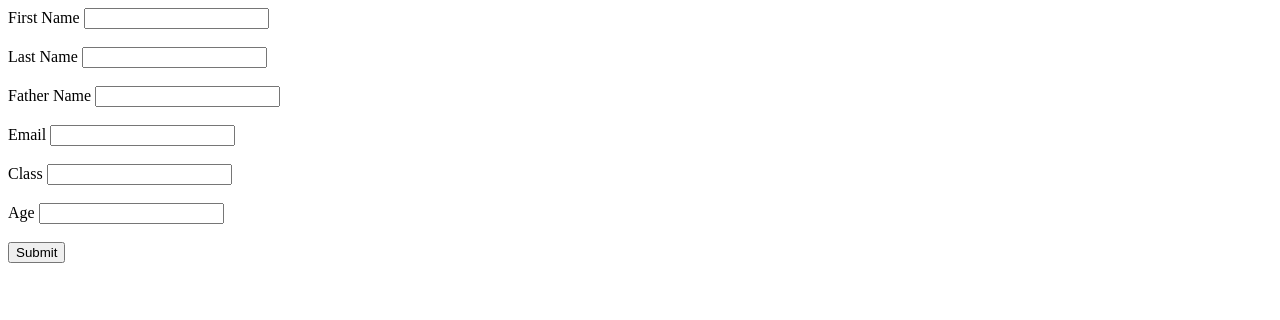
Repository: meta-rahul-dosi/GET2019
Page: EAD/Assignment-3/WebContent/addStudent.html
These files come from the project's save history. The page is drawn as it stood at one moment and after the next save; the edit follows.
The browser window is 1280 px wide. The pictures show the whole page.

Above is the page before, as saved 2019-08-29 11:11:41.

After the next save:
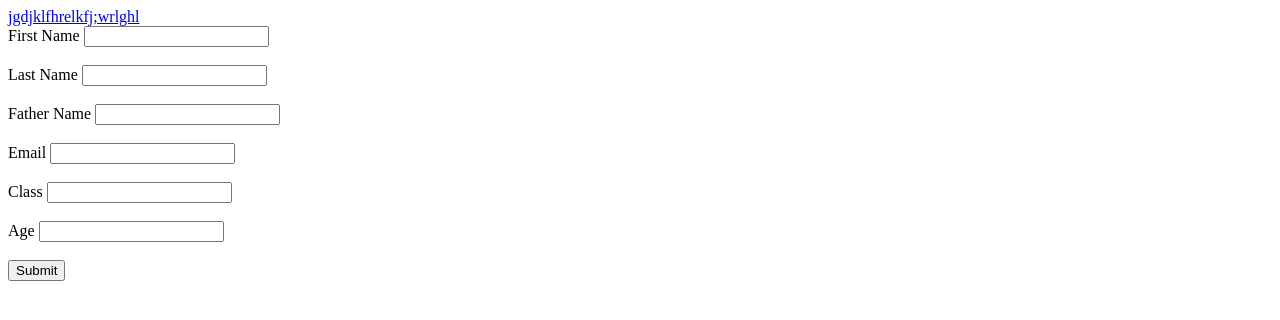
Saved 18 s later.
--- a/EAD/Assignment-3/WebContent/addStudent.html
+++ b/EAD/Assignment-3/WebContent/addStudent.html
@@ -5,6 +5,8 @@
 <title>Insert title here</title>
 </head>
 <body>
+
+<a href="äddStudent">jgdjklfhrelkfj;wrlghl</a>
 
 	<form method="post">
 		First Name <input type="text" name="name" id="first_name" required>
